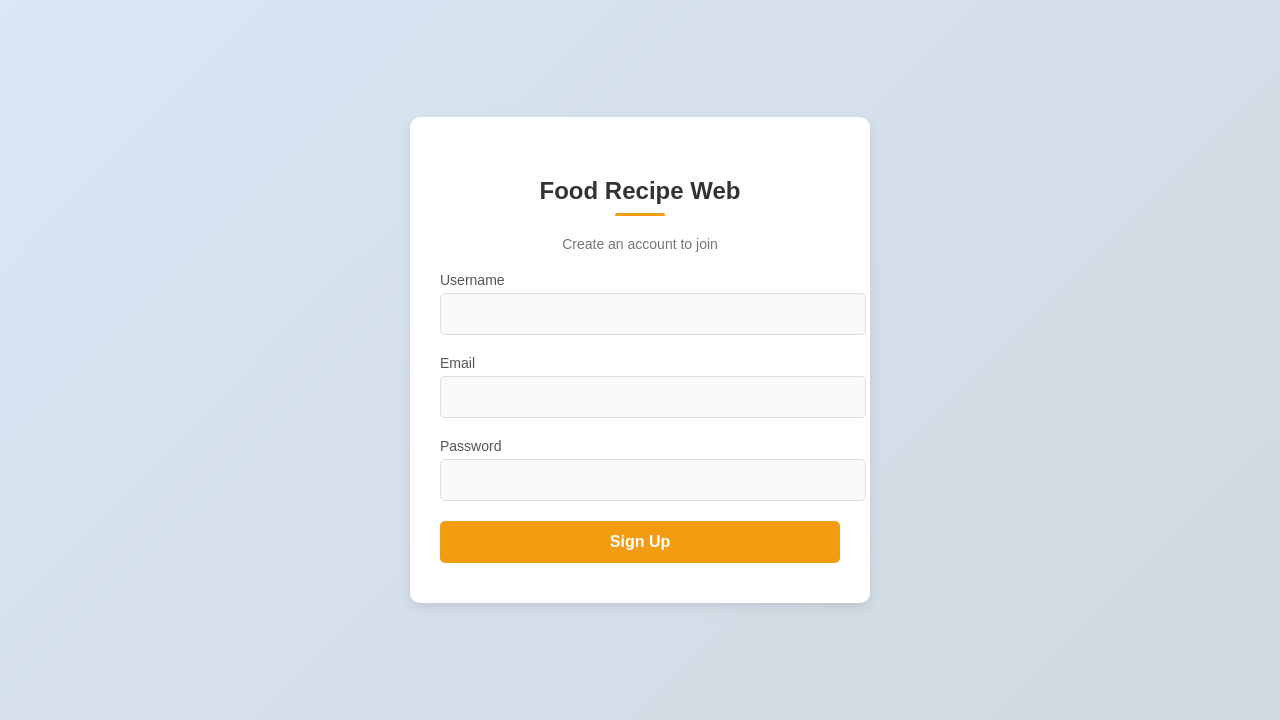
Repository: VIJAYkollu-7568/rakhi
Page: project1/src/main/webapp/signup.html
These files come from the project's save history. The page is drawn as it stood at one moment and after the next save; the edit follows.
The browser window is 1280 px wide. The pictures show the whole page.

Above is the page before, as saved 2024-11-07 07:08:35.

### project1/src/main/webapp/signup.html
<!DOCTYPE html>
<html lang="en">
<head>
<meta charset="UTF-8">
<meta name="viewport" content="width=device-width, initial-scale=1.0">
<title>Signup Form</title>
<style>
/* General styling for the body with gradient background */
body {
    display: flex;
    justify-content: center;
    align-items: center;
    min-height: 100vh;
    margin: 0;
    font-family: Arial, sans-serif;
    background: linear-gradient(135deg, #dbe6f6, #cfd9df);
}

/* Styling the signup card */
.signup-card {
    background-color: #ffffff;
    padding: 40px 30px;
    border-radius: 10px;
    box-shadow: 0px 4px 12px rgba(0, 0, 0, 0.1);
    max-width: 400px;
    width: 100%;
    text-align: center;
    transition: transform 0.2s ease-in-out;
}

.signup-card:hover {
    transform: scale(1.02);
}

/* Title styling with decorative underline */
.signup-card h2 {
    font-size: 24px;
    color: #333;
    margin-bottom: 10px;
    position: relative;
}

.signup-card h2::after {
    content: "";
    display: block;
    width: 50px;
    height: 3px;
    background-color: #f39c12;
    margin: 8px auto 20px auto;
    border-radius: 5px;
}

/* Subheading styling */
.signup-card p {
    color: #777;
    font-size: 14px;
    margin-bottom: 20px;
}

/* Label styling */
.signup-card label {
    display: block;
    font-size: 14px;
    color: #555;
    text-align: left;
    margin-bottom: 5px;
}

/* Input styling */
.signup-card input[type="text"],
.signup-card input[type="password"],
.signup-card input[type="email"] {
    width: 100%;
    padding: 12px;
    margin-bottom: 20px;
    border: 1px solid #ddd;
    border-radius: 5px;
    font-size: 14px;
    color: #333;
    background-color: #f9f9f9;
}

/* Input focus styling */
.signup-card input[type="text"]:focus,
.signup-card input[type="password"]:focus,
.signup-card input[type="email"]:focus {
    border-color: #f39c12;
    outline: none;
}

/* Button styling */
.signup-card button {
    width: 100%;
    padding: 12px;
    background-color: #f39c12;
    color: #fff;
    border: none;
    border-radius: 5px;
    font-size: 16px;
    font-weight: bold;
    cursor: pointer;
    transition: background-color 0.3s;
}

.signup-card button:hover {
    background-color: #e67e22;
}

</style>
</head>
<body>

<div class="signup-card">
    <h2>Food Recipe Web</h2>
    <p>Create an account to join</p>
    <form method="post" action="signupServlet">
        <label for="username">Username</label>
        <input type="text" id="username" name="username" required>

        <label for="email">Email</label>
        <input type="email" id="email" name="email" required>

        <label for="password">Password</label>
        <input type="password" id="password" name="password" required>

        <button type="submit">Sign Up</button>
    </form>
</div>

</body>
</html>

After the next save:
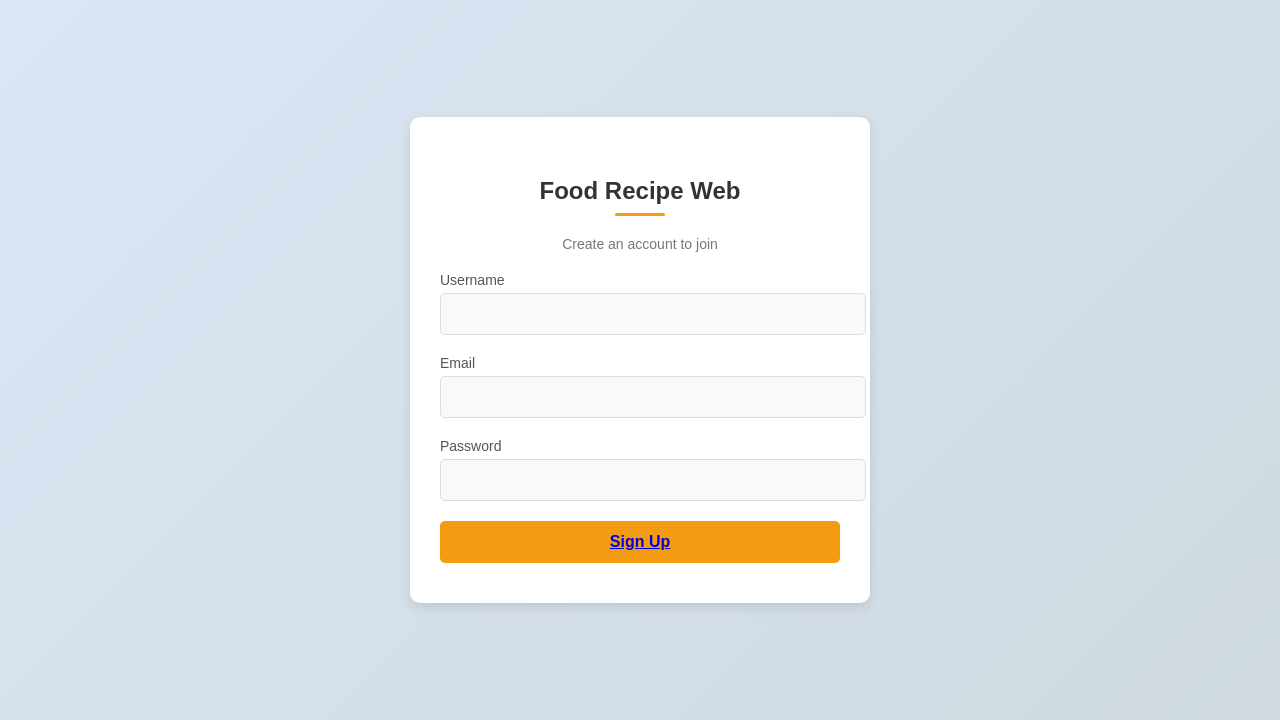
Saved 112 s later.
--- a/project1/src/main/webapp/signup.html
+++ b/project1/src/main/webapp/signup.html
@@ -123,7 +123,8 @@
         <label for="password">Password</label>
         <input type="password" id="password" name="password" required>
 
-        <button type="submit">Sign Up</button>
+
+       <button type="submit"> <a href="signup.html" class="signup-link">Sign Up</a></button>
     </form>
 </div>
 

After the 3 saves that followed:
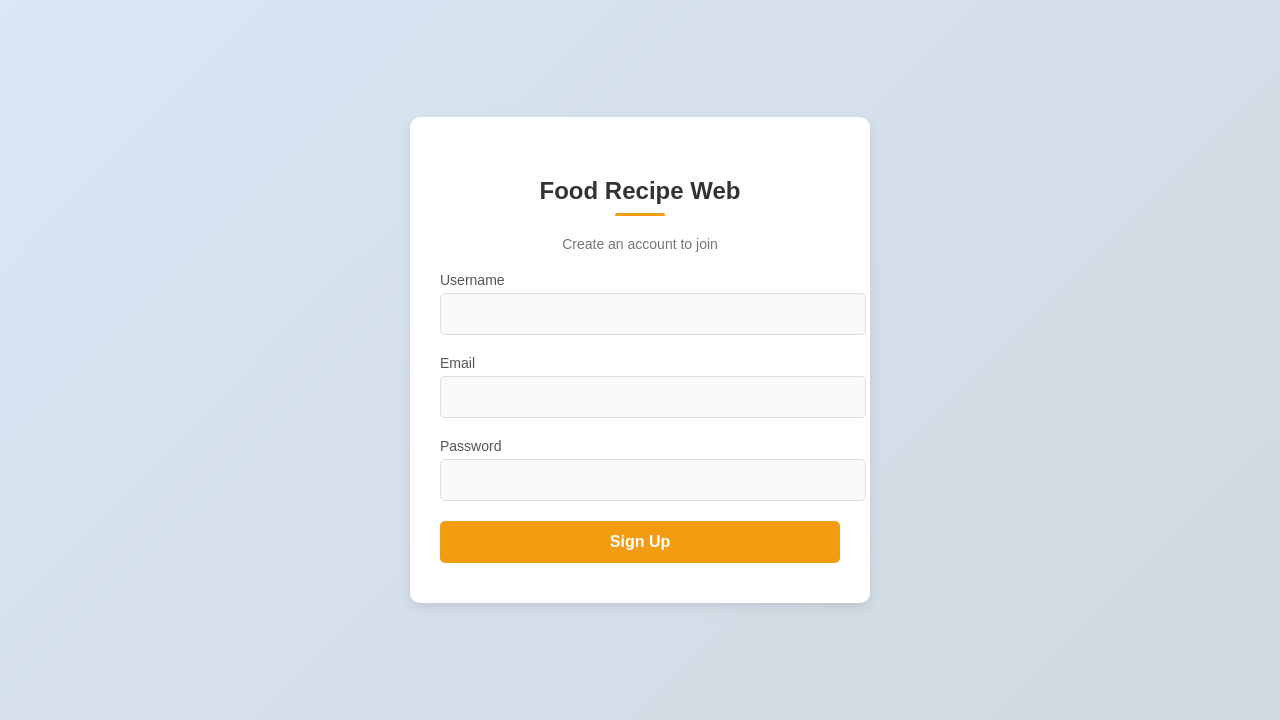
The 3 saves are shown as one change because 1 left the picture as it was and some came seconds apart.
The last was saved 64 s later.
--- a/project1/src/main/webapp/signup.html
+++ b/project1/src/main/webapp/signup.html
@@ -124,7 +124,8 @@
         <input type="password" id="password" name="password" required>
 
 
-       <button type="submit"> <a href="signup.html" class="signup-link">Sign Up</a></button>
+
+        <button class="logout-btn" onclick="location.href='login.html'">Sign Up</button>
     </form>
 </div>
 
